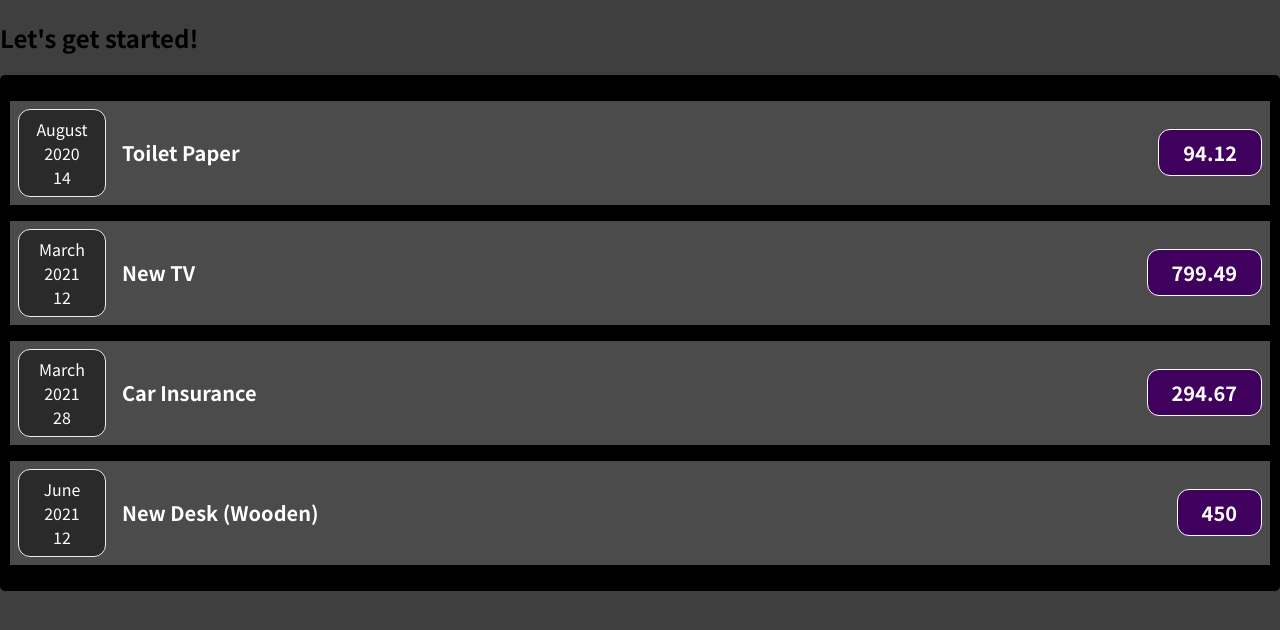
Repository: kowalkos/react-course-first
Page: /
The author's editor kept a copy of each file at every save. The page is drawn from the files as they stood at one save, then again after the next save.
The browser window is 1280 px wide. The pictures show the whole page.
The project was rebuilt for these pictures with package versions that can differ from the ones it lists, and the page was loaded fresh each time.

Above is the page before, as saved 2021-11-27 18:02:16.

### src/App.js
import Expenses from "./components/Expenses";
function App() {
  const expenses = [
    {
      id: "e1",
      title: "Toilet Paper",
      amount: 94.12,
      date: new Date(2020, 7, 14),
    },
    { id: "e2", title: "New TV", amount: 799.49, date: new Date(2021, 2, 12) },
    {
      id: "e3",
      title: "Car Insurance",
      amount: 294.67,
      date: new Date(2021, 2, 28),
    },
    {
      id: "e4",
      title: "New Desk (Wooden)",
      amount: 450,
      date: new Date(2021, 5, 12),
    },
  ];
  return (
    <div>
      <h2>Let's get started!</h2>
      <Expenses data={expenses} />
    </div>
  );
}

export default App;

### src/components/Expenses.js
import ExpenseItem from "./ExpenseItem";
import "./Expenses.css";
function Expenses(props) {
  return (
    <div className="expenses">
      {props.data.map((item) => (
        <ExpenseItem title={item.title} date={item.date} amount={item.amount} />
      ))}
    </div>
  );
}
export default Expenses;

### src/components/ExpenseItem.js
import "./ExpenseItem.css";
import ExpenseDate from "./ExpenseDate";
function ExpenseItem(props) {
  return (
    <div className="expense-item">
      <ExpenseDate date={props.date}/>
      <div className="expense-item__description">
        <h2>{props.title}</h2>
        <div className="expense-item__price">{props.amount}</div>
      </div>
    </div>
  );
}
export default ExpenseItem;

### src/components/Expenses.css
.expenses{
    background-color: black;
    padding: 10px;
    border-radius: 5px;
}

### src/components/Expenses/ExpenseItem.css
.expense-item {
    display: flex;
    justify-content: space-between;
    align-items: center;
    padding: 0.5rem;
    margin: 1rem 0;
    background-color: #4b4b4b;
  }

  .expense-item__description {
    display: flex;
    flex-direction: column;
    gap: 1rem;
    align-items: flex-end;
    flex-flow: column-reverse;
    justify-content: flex-start;
    flex: 1;
  }

  .expense-item h2 {
    color: #3a3a3a;
    font-size: 1rem;
    flex: 1;
    margin: 0 1rem;
    color: white;
  }

  .expense-item__price {
    font-size: 1rem;
    font-weight: bold;
    color: white;
    background-color: #40005d;
    border: 1px solid white;
    padding: 0.5rem;
    border-radius: 12px;
  }

  @media (min-width: 580px) {
    .expense-item__description {
      flex-direction: row;
      align-items: center;
      justify-content: flex-start;
      flex: 1;
    }

    .expense-item__description h2 {
      font-size: 1.25rem;
    }

    .expense-item__price {
      font-size: 1.25rem;
      padding: 0.5rem 1.5rem;
    }
  }

### src/components/ExpenseDate.js
import './ExpenseDate.css';
function ExpenseDate(props) {
  const month = props.date.toLocaleString("en-US", { month: "long" });
  const day = props.date.toLocaleString("en-US", { day: "2-digit" });
  const year = props.date.getFullYear();
  return (
    <div className="expense-date">
      <div className="expense-date-month">{month}</div>
      <div className="expense-date-year">{year}</div>
      <div className="expense-date-day">{day}</div>
    </div>
  );
}
export default ExpenseDate;

Loaded but not shown: public/index.html (common file); src/index.js (common file); src/index.css (common file); src/reportWebVitals.js (common file); src/components/ExpenseDate.css (common file)

After the next save:
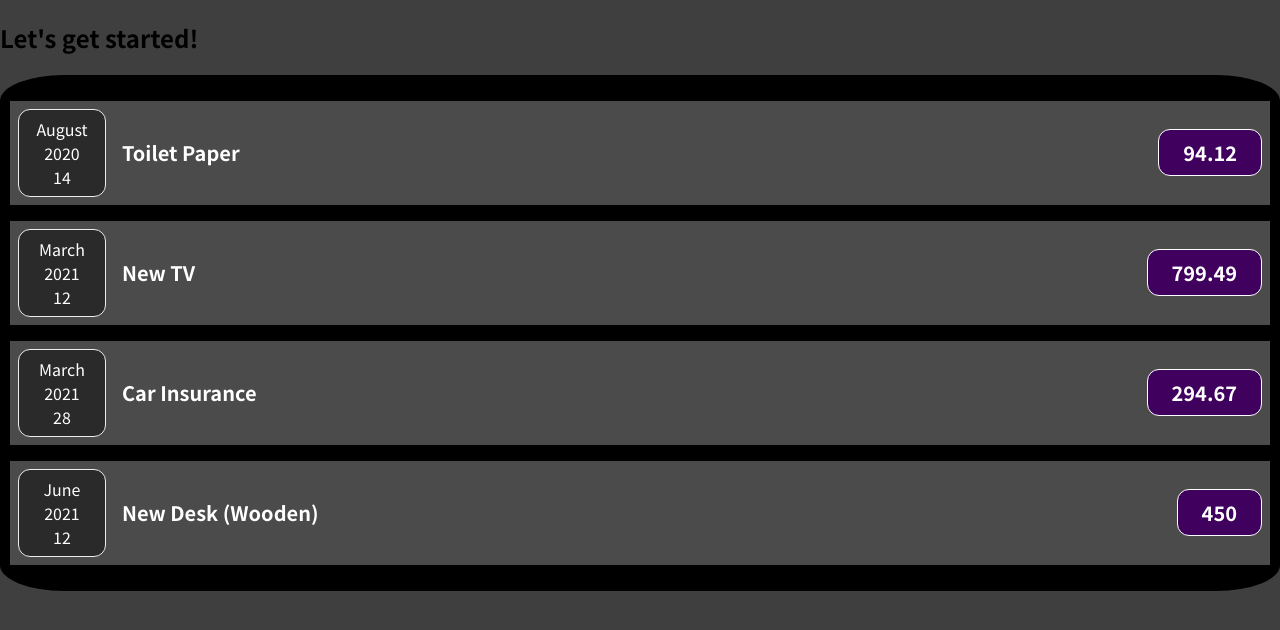
Saved 5 s later.
--- a/src/components/Expenses.css
+++ b/src/components/Expenses.css
@@ -1,5 +1,5 @@
 .expenses{
     background-color: black;
     padding: 10px;
-    border-radius: 5px;
+    border-radius: 5%;
 }
